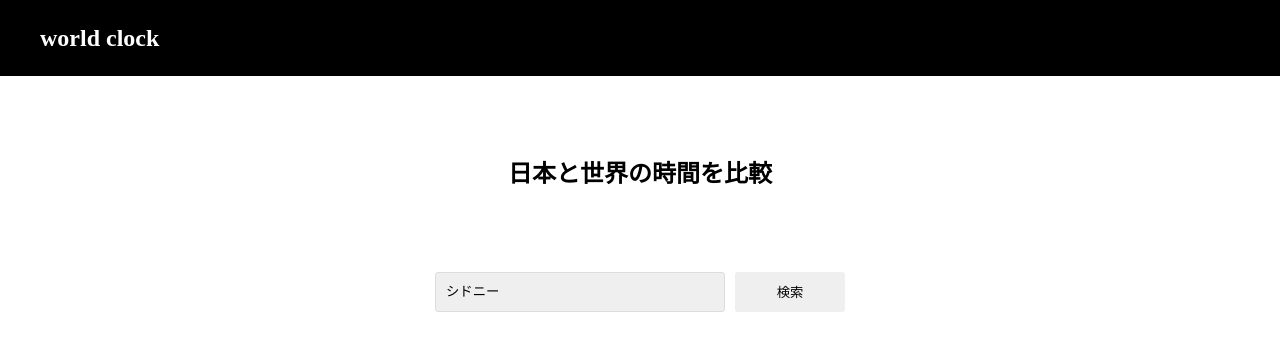
Repository: kay4300/php05-test
Page: http://localhost/
These files come from the project's save history. The page is drawn as it stood at one moment and after a run of saves; the edit follows.
The browser window is 1280 px wide. The pictures show the whole page.
The page is run by PHP 8.4 with error messages shown; the project is at /var/www/html/.

Above is the page before, as saved 2025-08-15 13:41:38.

After the next 2 saves:
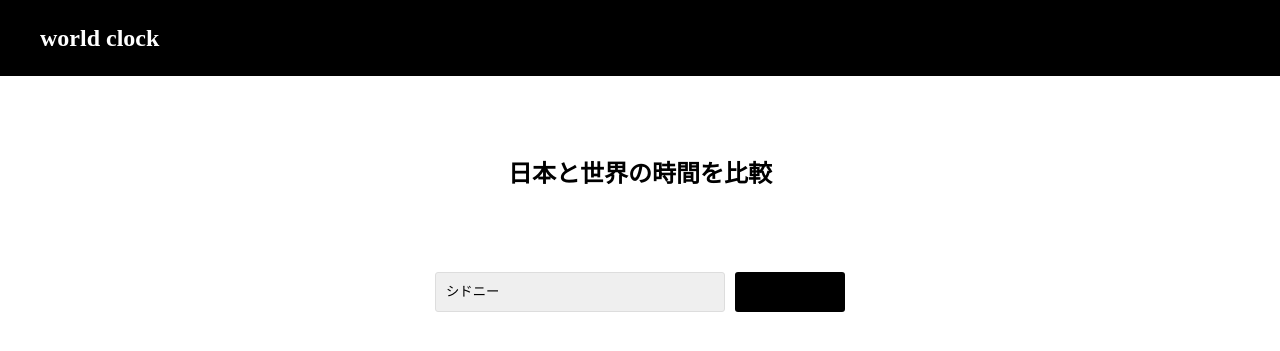
The 2 saves are shown as one change because they came seconds apart.
The last was saved 6 s later.
--- a/src/php02/css/index.css
+++ b/src/php02/css/index.css
@@ -38,5 +38,5 @@
     height: 40px;
     border: none;
     border-radius: 3px;
-    background: ;
+    background: #000;
 }
